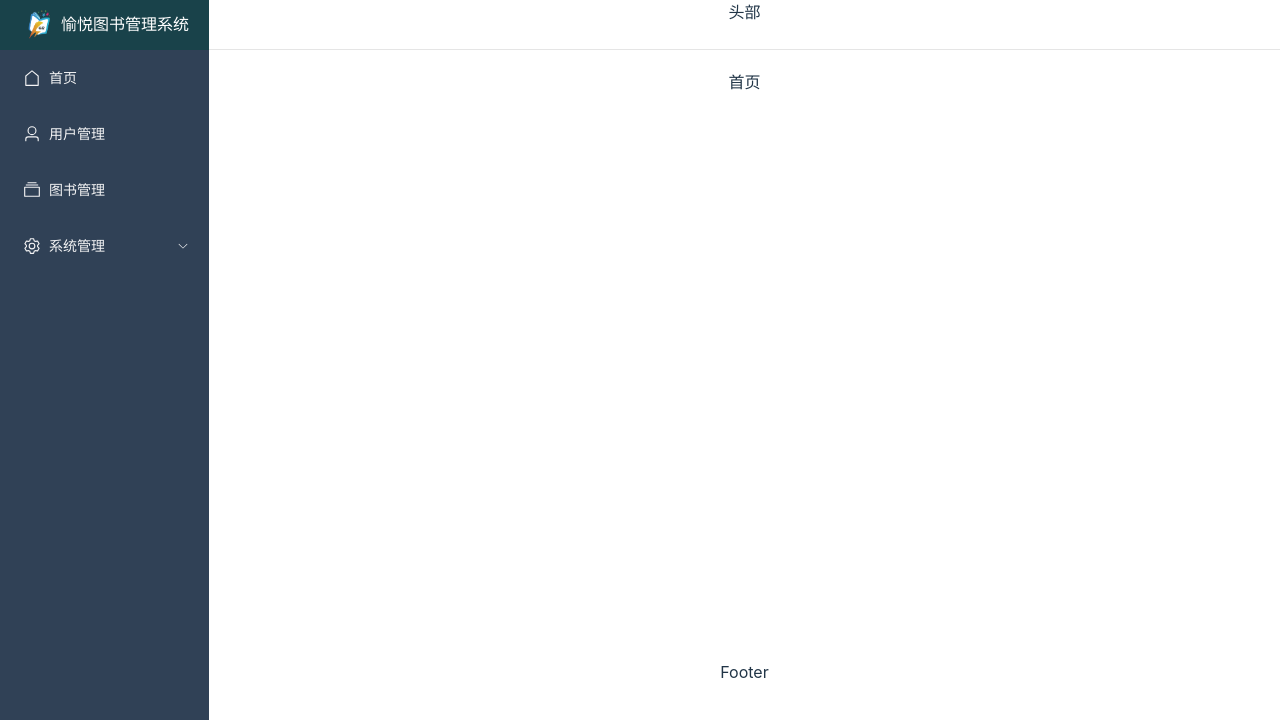
Repository: tjm3919/yuyue-book
Page: / (app in yuyue/out/production/yuyue/yuyue-ui/)
The author's editor kept a copy of each file at every save. The page is drawn from the files as they stood at one save, then again after the next save.
The browser window is 1280 px wide. The pictures show the whole page.
The project was rebuilt for these pictures with package versions that can differ from the ones it lists, and the page was loaded fresh each time. Also part of the build but not shown: yuyue/out/production/yuyue/yuyue-ui/vite.config.ts.

Above is the page before, as saved 2023-02-02 11:14:22.

After the next save:
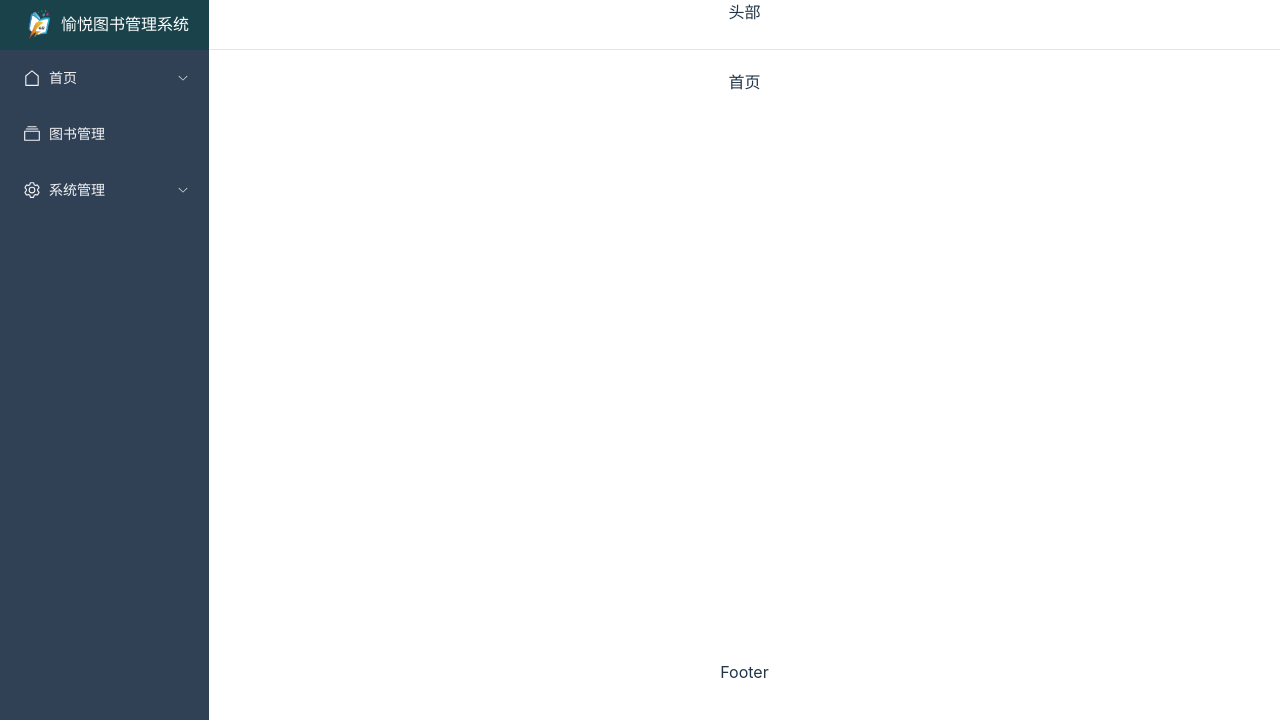
Saved 86 s later.
--- a/yuyue/out/production/yuyue/yuyue-ui/src/layout/menu/Menu.vue
+++ b/yuyue/out/production/yuyue/yuyue-ui/src/layout/menu/Menu.vue
@@ -20,9 +20,8 @@
                 icon: "House",
                 roles: ["sys:manage"]
             },
-            children:[]
-       },
-       {
+            children:[
+            {
             path: '/system',
             component: "Layout",
             alwaysShow: true,
@@ -34,6 +33,9 @@
                 parentId: 0,
             }
        },
+            ]
+       },
+
        {
             path: '/system',
             component: "Layout",

After the save that followed:
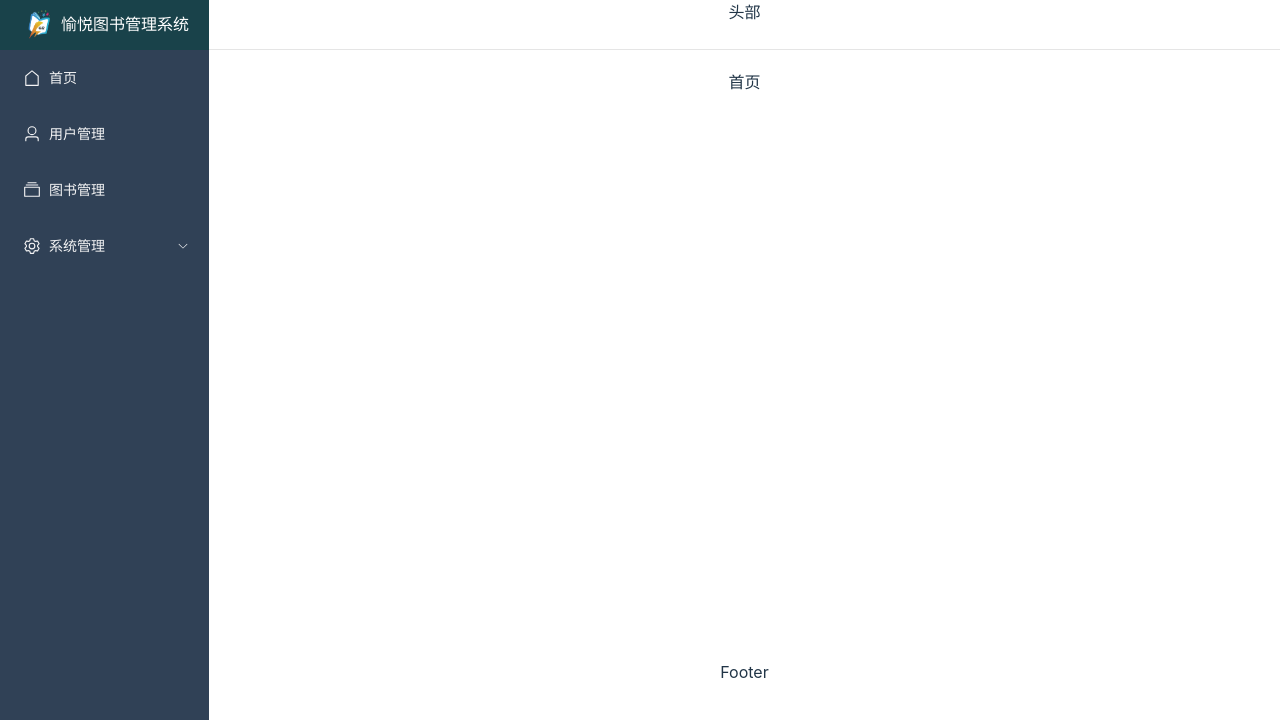
Saved 12 s later.
--- a/yuyue/out/production/yuyue/yuyue-ui/src/layout/menu/Menu.vue
+++ b/yuyue/out/production/yuyue/yuyue-ui/src/layout/menu/Menu.vue
@@ -19,9 +19,9 @@
                 title: "首页",
                 icon: "House",
                 roles: ["sys:manage"]
-            },
-            children:[
-            {
+            }
+       },
+       {
             path: '/system',
             component: "Layout",
             alwaysShow: true,
@@ -33,9 +33,6 @@
                 parentId: 0,
             }
        },
-            ]
-       },
-
        {
             path: '/system',
             component: "Layout",
